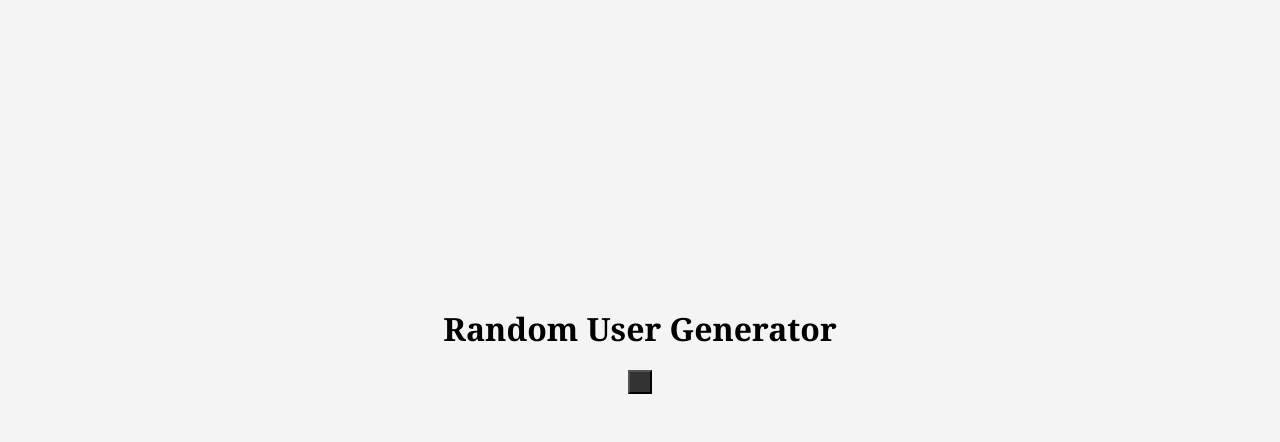
Repository: Patricious/Random_User-API
Page: /
The author's editor kept a copy of each file at every save. The page is drawn from the files as they stood at one save, then again after the next save.
The browser window is 1280 px wide. The pictures show the whole page.
The project was rebuilt for these pictures with package versions that can differ from the ones it lists, and the page was loaded fresh each time.

Above is the page before, as saved 2021-08-17 08:55:07.

### src/index.js
import React from 'react';
import ReactDOM from 'react-dom';
import App from './App';



ReactDOM.render( < App / > ,
    document.getElementById('root')
);

### src/App.js
import './App.css';
import { useState } from "react";
import Button from './components/Button'

const App = () => {


    const [userData, setUserData] = useState([]);
    const [loading, setLoading] = useState(false);
    const [activeUser, setActiveUser] = useState(false);
    const [activeLink, setActiveLink] = useState(0);

    const onClickHandler = () => {

    }


    return ( <
        div className = "App" >
        <
        h1 > Random User Generator < /h1>

        <
        Button isActive = { activeUser }
        clicked = { onClickHandler }
        / >

        <
        /div>
    );
}

export default App;

### src/App.css
* {
    margin: 0;
    padding: 0;
    box-sizing: border-box;
}

.App {
    display: flex;
    flex-direction: column;
    justify-content: center;
    align-items: center;
    width: 100%;
    height: 100vh;
    overflow: hidden;
    background-color: #f4f4f4;
    font-family: Georgia, 'Times New Roman', Times, serif;
}

button {
    margin: 20px;
    color: #ffffff;
    background: #333333;
    padding: 10px;
    font-size: 16px;
}

img {
    width: 250px;
    height: 250px;
    margin: 10px 0;
    border-radius: 50%;
    border: 1px solid #dedede;
}

.app_user {
    width: auto;
    height: auto;
    display: flex;
    align-items: center;
    justify-content: center;
    flex-direction: column;
}

.app_icons {
    display: flex;
    align-items: center;
    justify-content: center;
}

.app_icons .fas {
    margin: 0 30px;
    transition: all 0.2s ease;
}

.app_icons .fas:hover {
    transform: scale(1.1);
    cursor: pointer;
}

### src/components/Button.js
import React from 'react'

function Button() {
    return ( <
        div >
        <
        button > < /button> <
        /div>
    )
}

export default Button

Loaded but not shown: public/index.html (common file)

After the next save:
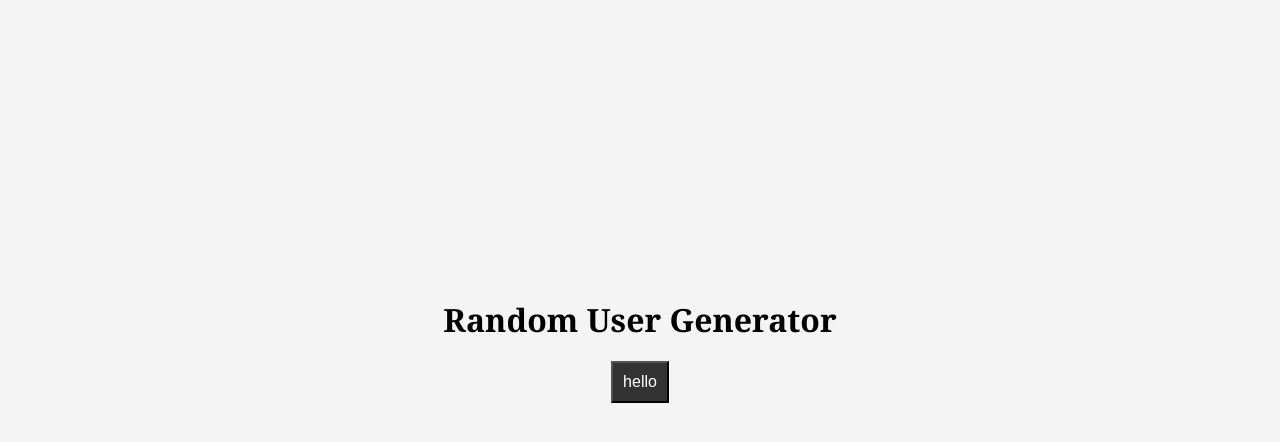
Saved 5 s later.
--- a/src/components/Button.js
+++ b/src/components/Button.js
@@ -4,8 +4,8 @@ function Button() {
     return ( <
         div >
         <
-        button > < /button> <
-        /div>
+        button > hello < /button> < /
+        div >
     )
 }
 
